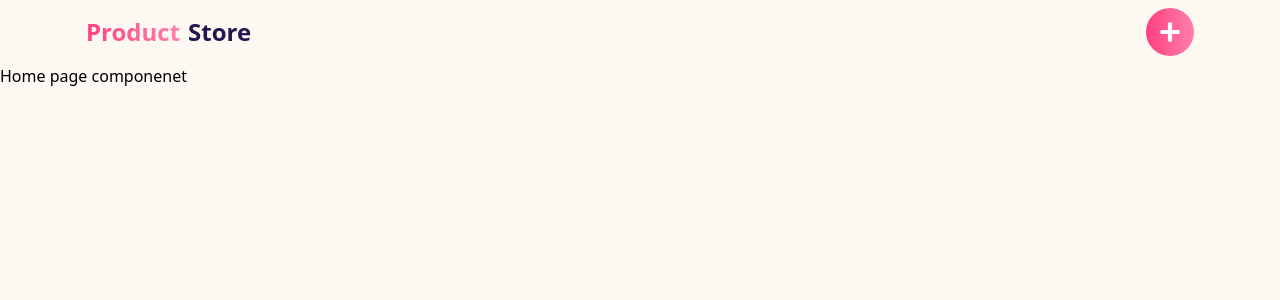
Repository: xarrkhan001/Mern-stack-Project
Page: / (app in frontend/)
The author's editor kept a copy of each file at every save. The page is drawn from the files as they stood at one save, then again after the next save.
The browser window is 1280 px wide. The pictures show the whole page.
The project was rebuilt for these pictures with package versions that can differ from the ones it lists, and the page was loaded fresh each time. Also part of the build but not shown: frontend/vite.config.js, frontend/src/pages/CreatePage.jsx.

Above is the page before, as saved 2025-03-05 14:46:07.

### frontend/src/main.jsx
import React from "react";
import { BrowserRouter } from "react-router-dom";
import ReactDOM from "react-dom";
import "./index.css";
import App from "./App";

ReactDOM.render(
  <React.StrictMode>
    <BrowserRouter>
      <App />
    </BrowserRouter>
  </React.StrictMode>,
  document.getElementById("root")
);

### frontend/src/App.jsx
import React from "react";
import { Routes, Route } from "react-router-dom";
import HomePage from "./pages/HomePage";
import CreatePage from "./pages/CreatePage";
import Navbar from "./components/Navbar";

const App = () => {
  return (
    <>
      <div className="min-h-[100vh] bg-[#fdf9f2]">
        {" "}
        {/* Lighter background color */}
        <Navbar />
        <Routes>
          <Route path="/" element={<HomePage />} />
          <Route path="/create" element={<CreatePage />} />
        </Routes>
      </div>
    </>
  );
};

export default App;

### frontend/src/pages/HomePage.jsx
import React from "react";

const HomePage = () => {
  return (
    <>
      <div>Home page componenet</div>
    </>
  );
};

export default HomePage;

### frontend/src/components/Navbar.jsx
import React from "react";
import { Link } from "react-router-dom";
import { FaPlus } from "react-icons/fa";

const Navbar = () => {
  return (
    <>
      <div className="max-w-[1140px] px-4 mx-auto">
        {/* Navbar container */}
        <div className="flex items-center justify-between h-16">
          {/* Left side - ProductStore logo */}
          <Link to="/" className="text-2xl font-bold flex items-center">
            <span className="bg-clip-text text-transparent bg-gradient-to-r from-[#FF4081] to-[#FF80AB] mr-2">
              Product
            </span>
            <span className="text-[#231651]">Store</span>
          </Link>

          {/* Right side - Plus Icon */}
          <div className="relative">
            <Link to="/create">
              <button className="w-12 h-12 bg-gradient-to-r from-[#FF4081] to-[#FF80AB] text-white rounded-full flex items-center justify-center transform hover:scale-110 transition-all duration-300 focus:outline-none">
                <FaPlus size={22} />
              </button>
            </Link>
          </div>
        </div>
      </div>
    </>
  );
};

export default Navbar;

Loaded but not shown: frontend/index.html (common file); frontend/src/index.css (common file); frontend/tailwind.config.js (common file)

After the next save:
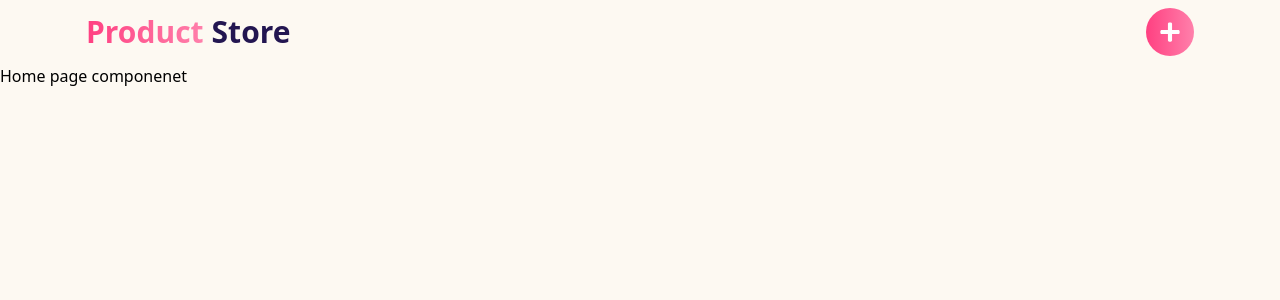
Saved 28 s later.
--- a/frontend/src/components/Navbar.jsx
+++ b/frontend/src/components/Navbar.jsx
@@ -9,7 +9,7 @@
         {/* Navbar container */}
         <div className="flex items-center justify-between h-16">
           {/* Left side - ProductStore logo */}
-          <Link to="/" className="text-2xl font-bold flex items-center">
+          <Link to="/" className="text-3xl font-bold flex items-center">
             <span className="bg-clip-text text-transparent bg-gradient-to-r from-[#FF4081] to-[#FF80AB] mr-2">
               Product
             </span>
